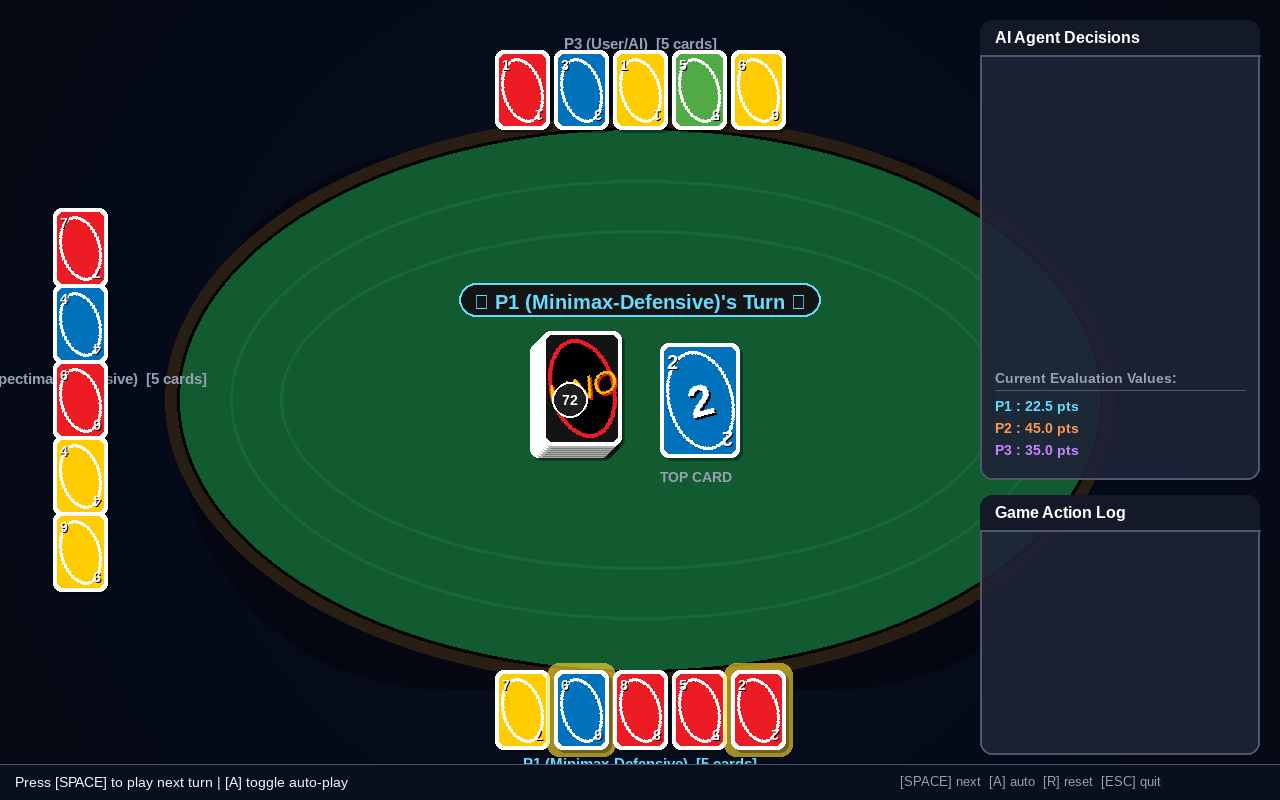
Repository: umeriqbal633/UNO_ADVERSARIAL_SEARCH
Script's output: python uno_gui.py
An editor plug-in stored every save of this project. The script's output is shown before and after the next save, followed by the edit.
The window is shown after at most 60 frames with no key pressed. A system font it names is replaced by a similar one. Random numbers start from a fixed seed.

Above is the script's output before, as saved 2026-03-29 23:14:44.

After the next save:
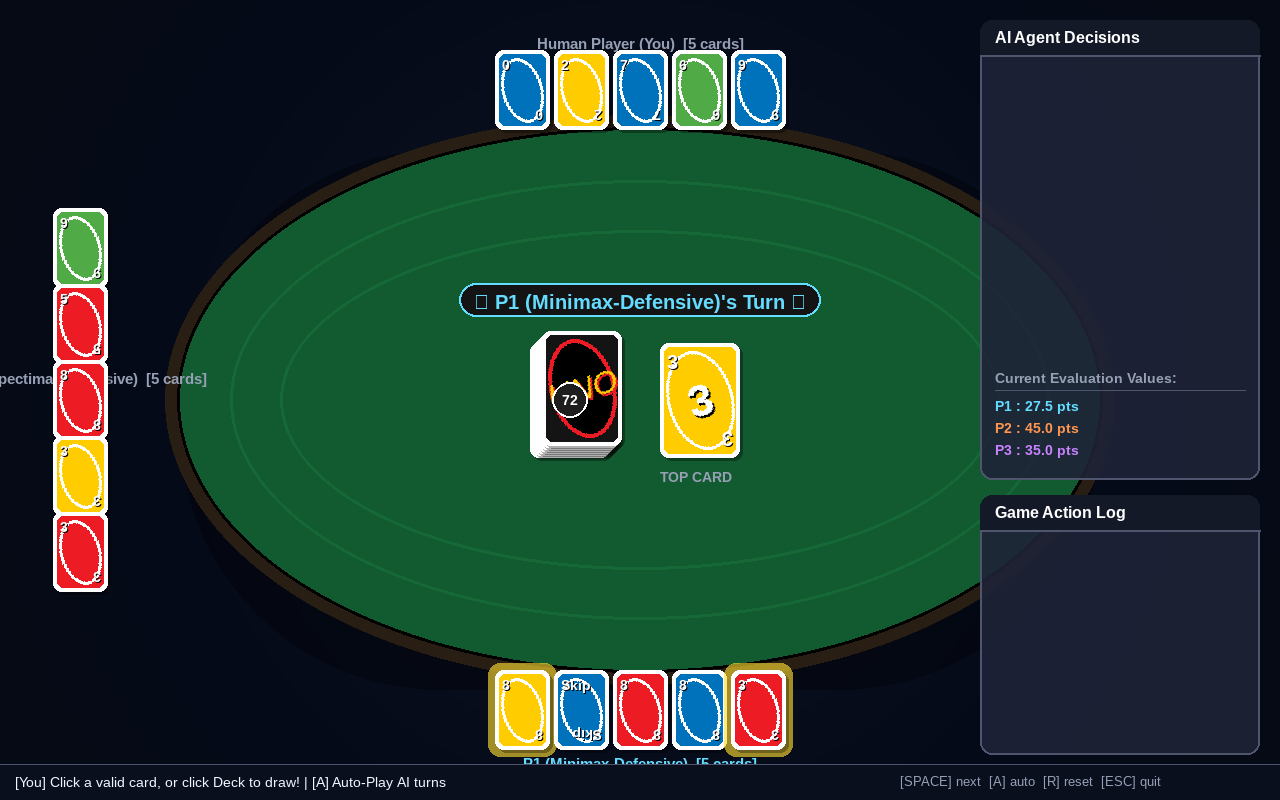
Saved 32 min 45 s later.
--- a/uno_gui.py
+++ b/uno_gui.py
@@ -212,28 +212,28 @@
         pygame.display.set_caption("UNO – AI Simulation (24i-2528)")
         self.clock = pygame.time.Clock()
 
-        self.game = UNOGame(p3_mode='simulation')
-        random.seed(42)
+        # Change to manual mode here
+        self.game = UNOGame(p3_mode='manual')
+        self.game.PLAYER_NAMES[2] = "Human Player (You)"  # Update display name
+
+        random.seed(int(time.time()))
         self.game.reset()
 
         self.running = True
         self.auto_play = False
-        self.auto_delay = 1.5   # seconds between auto turns
+        self.auto_delay = 1.5   # seconds between turns
         self.last_auto = 0
 
         self.log_lines = []
         self.decision_lines = []
-        self.selected_card_idx = None   # for manual P3 mode
-
-        self.animation_queue = []
-        self.anim_card = None
-        self.anim_start = None
-        self.anim_end = None
-        self.anim_t = 0
-
-        self.status_msg = "Press [SPACE] to play next turn | [A] toggle auto-play"
-        self.highlight_cards = []   # indices in current hand to highlight
+
+        self.status_msg = "[You] Click a valid card, or click Deck to draw! | [A] Auto-Play AI turns"
+        self.highlight_cards = []
         self.last_played = None
+
+        # Store clickable regions for the human player
+        self.human_card_rects = []
+        self.deck_rect = None
 
     def run(self):
         while self.running:
